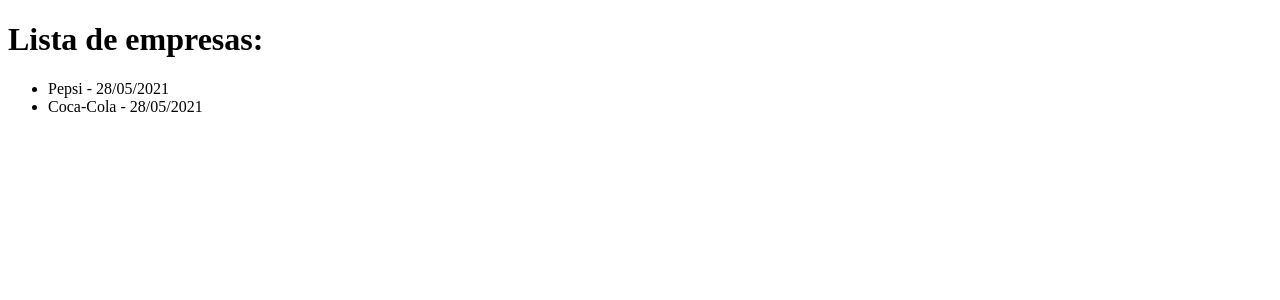
Repository: scaziti/java-spring
Page: http://localhost/gerenciador/listaEmpresas
An editor plug-in stored every save of this project. The page is shown before and after the next save, followed by the edit.
The browser window is 1280 px wide. The pictures show the whole page.
The page is served by Tomcat 9.

Above is the page before, as saved 2021-06-02 16:55:56.

After the next save:
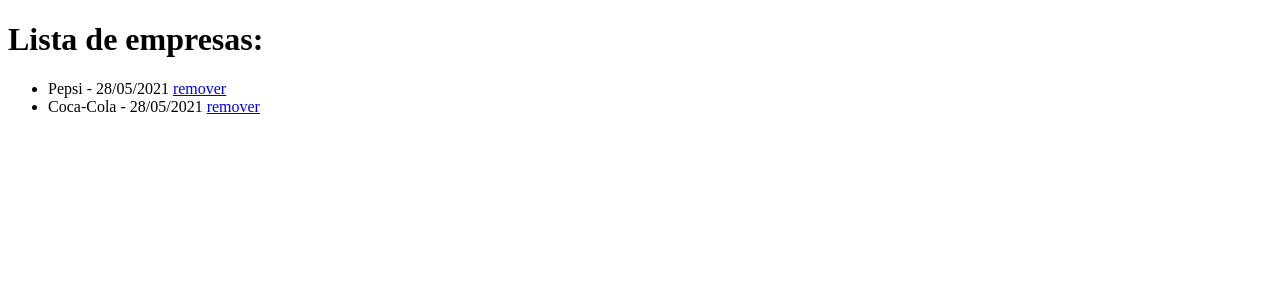
Saved 119 s later.
--- a/gerenciador/WebContent/listaEmpresas.jsp
+++ b/gerenciador/WebContent/listaEmpresas.jsp
@@ -20,8 +20,11 @@
 	<ul>
 		<c:forEach items="${empresas}" var="empresa">
 
-			<li>${empresa.nome} - <fmt:formatDate
-					value="${empresa.dataAbertura}" pattern="dd/MM/yyyy" /></li>
+			<li>
+				${empresa.nome} -
+				<fmt:formatDate	value="${empresa.dataAbertura}" pattern="dd/MM/yyyy" />
+				<a href="/gerenciador/removeEmpresa">remover</a>
+			</li>
 		</c:forEach>
 	</ul>
 <body>
